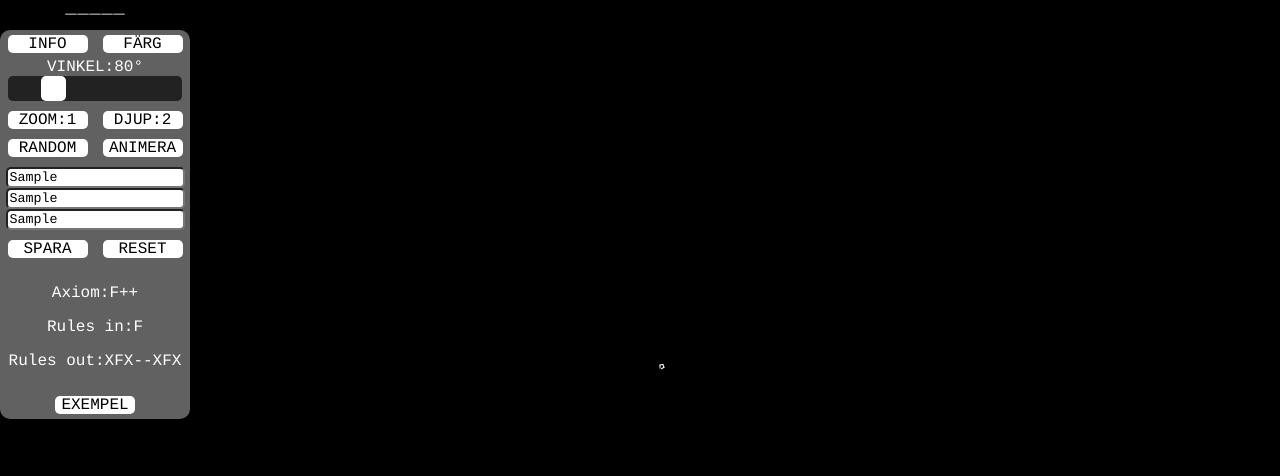
Repository: Gabrielw123/Fraktalgenerator
Page: fraktaler/test/index.html
The author's editor kept a copy of each file at every save. The page is drawn from the files as they stood at one save, then again after the next save.
The browser window is 1280 px wide. The pictures show the whole page.
Empty fields were first filled with sample values (such as "Sample", 5 or name@example.com).
After loading, the first visible `#randomknapp` was clicked once.
Some web libraries are served in a nearby version.

Above is the page before, as saved 2022-01-13 14:06:30.

After the next save:
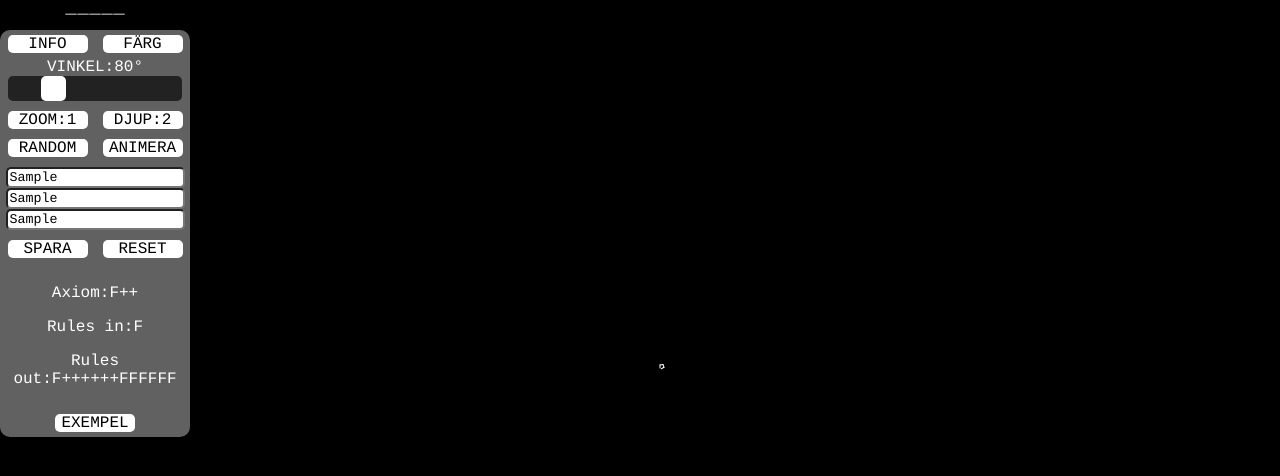
Saved 23 s later.
--- a/fraktaler/test/bruh.js
+++ b/fraktaler/test/bruh.js
@@ -355,7 +355,7 @@ var fraktal = (function () {
     rules = [
       {
         in: "F",
-        out: "XFX--XFX",
+        out: "F++++++FFFFFF",
       },
     ];
     vinkel.value = getRandomInt(0, 361);
